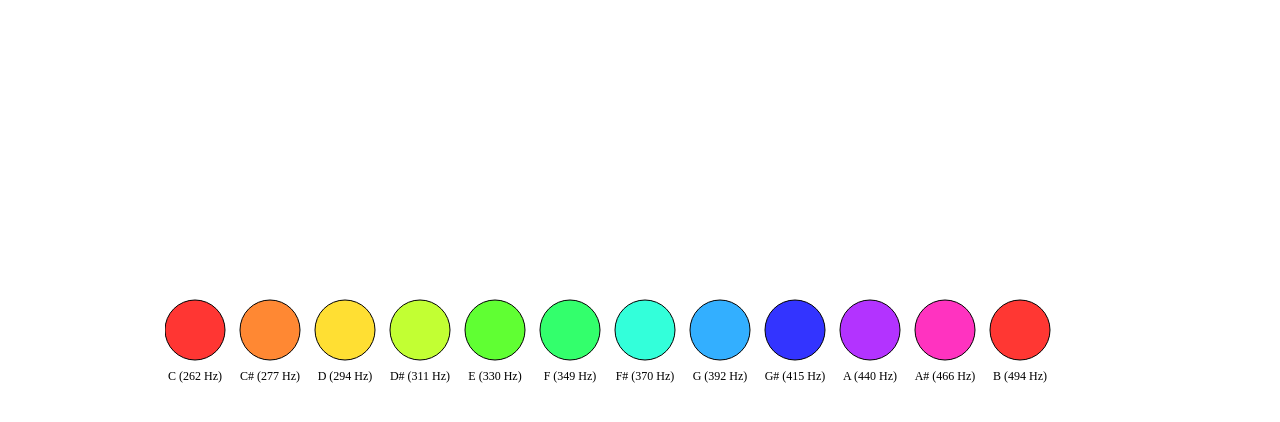
Repository: studiorichie/richielau.com
Page: assets/sound-to-color.html
The author's editor kept a copy of each file at every save. The page is drawn from the files as they stood at one save, then again after the next save.
The browser window is 1280 px wide. The pictures show the whole page.

Above is the page before, as saved 2024-11-06 20:17:07.

After the next save:
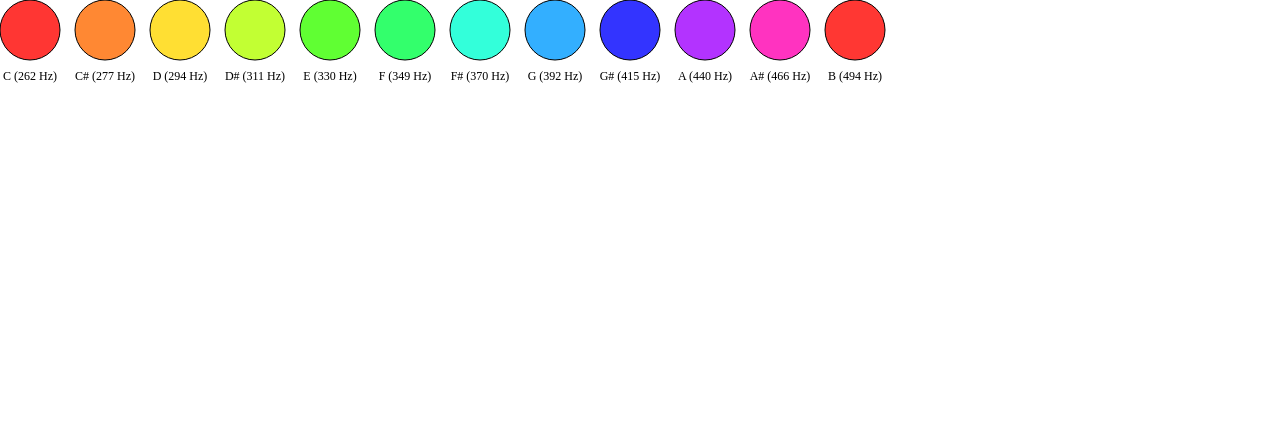
Saved 6 min 25 s later.
--- a/assets/sound-to-color.html
+++ b/assets/sound-to-color.html
@@ -1,33 +1,22 @@
 <!DOCTYPE html>
 <html lang="en">
-
 <head>
     <meta charset="UTF-8">
     <title>Sound-to-Color Mapping with MIDI</title>
     <script src="https://d3js.org/d3.v6.min.js"></script>
     <style>
-        body,
-        html {
+        body, html {
             margin: 0;
             padding: 0;
             overflow: hidden;
         }
-
         .svg-container {
             display: flex;
             justify-content: flex-start;
-            /* Align to the left */
             align-items: center;
             width: 100%;
             overflow: hidden;
         }
-
-        svg {
-            display: block;
-            margin: 0 auto;
-            overflow: hidden;
-        }
-
         .key-circle {
             fill-opacity: 0.8;
             stroke: black;
@@ -35,35 +24,21 @@
             cursor: pointer;
             outline: none;
             -webkit-tap-highlight-color: transparent;
-            transition: fill-opacity 0.2s, filter 0.2s;
-            /* Smooth transition for hover/press */
+            transition: transform 0.2s, filter 0.2s, fill-opacity 0.2s;
         }
-
         .key-circle:hover {
             fill-opacity: 1;
             transform: scale(1.1);
-            /* Slightly enlarge the circle on hover */
+            filter: brightness(1.2);
         }
-
-        .key-circle:hover,
-        .key-circle:focus,
         .key-circle:active {
-            filter: brightness(1.2);
-            /* Brighten on hover, focus, or press */
+            transform: scale(0.9);
+            filter: brightness(0.8);
         }
-
-
-        .key-circle:active {
-            fill-opacity: 0.6;
-            transform: scale(0.9);
-            /* Slightly shrink the circle on press */
-        }
-
         .label {
             font-size: 12px;
             text-anchor: middle;
         }
-
         .midi-label {
             font-size: 14px;
             font-weight: bold;
@@ -101,32 +76,17 @@
         }
 
         const svg = d3.select("#chart");
-        const width = svg.attr("width");
-        const height = svg.attr("height");
-
-        const svgWidth = document.getElementById("chart").clientWidth;
         const circleRadius = 30;
         const padding = 15;
-        const circlesPerRow = Math.max(1, Math.floor(svgWidth / (circleRadius * 2 + padding))); // Ensuring at least one circle per row
 
+        // Add circles and labels without pre-defining cx and cy
+        const group = svg.append("g");
 
-        d3.select("#chart")
-            .selectAll("circle")
-            .attr("cx", (d, i) => (i % circlesPerRow) * (circleRadius * 2 + padding) + circleRadius)
-            .attr("cy", (d, i) => Math.floor(i / circlesPerRow) * (circleRadius * 2 + padding) + circleRadius);
-
-        // Create group container with no centering to align circles to the left
-        const group = svg.append("g")
-            .attr("transform", `translate(0, ${height / 2})`);
-
-        // Add circles and labels
         group.selectAll("circle")
             .data(keys)
             .enter()
             .append("circle")
             .attr("class", "key-circle")
-            .attr("cx", (d, i) => i * (circleRadius * 2 + padding))
-            .attr("cy", 0)
             .attr("r", circleRadius)
             .attr("fill", d => getColor(d.freq))
             .on("click", function (event, d) {
@@ -139,20 +99,16 @@
             .enter()
             .append("text")
             .attr("class", "label")
-            .attr("x", (d, i) => i * (circleRadius * 2 + padding))
-            .attr("y", circleRadius + 20)
             .text(d => `${d.note} (${Math.round(d.freq)} Hz)`)
             .attr("fill", "black");
 
         const midiLabel = svg.append("text")
-            .attr("class", "midi-label")
-            .attr("x", width / 2)
-            .attr("y", height - 50);
+            .attr("class", "midi-label");
 
         function showMidiLabel(data) {
             midiLabel.text(`MIDI: ${data.midi} - ${data.note}`)
-                .attr("x", (keys.indexOf(data) + 1) * (circleRadius * 2 + padding))
-                .attr("y", height / 2 - 50)
+                .attr("x", svg.attr("width") / 2)
+                .attr("y", svg.attr("height") - 50)
                 .attr("visibility", "visible");
 
             setTimeout(() => {
@@ -191,5 +147,4 @@
         window.addEventListener("resize", adjustCircleLayout);
     </script>
 </body>
-
 </html>
